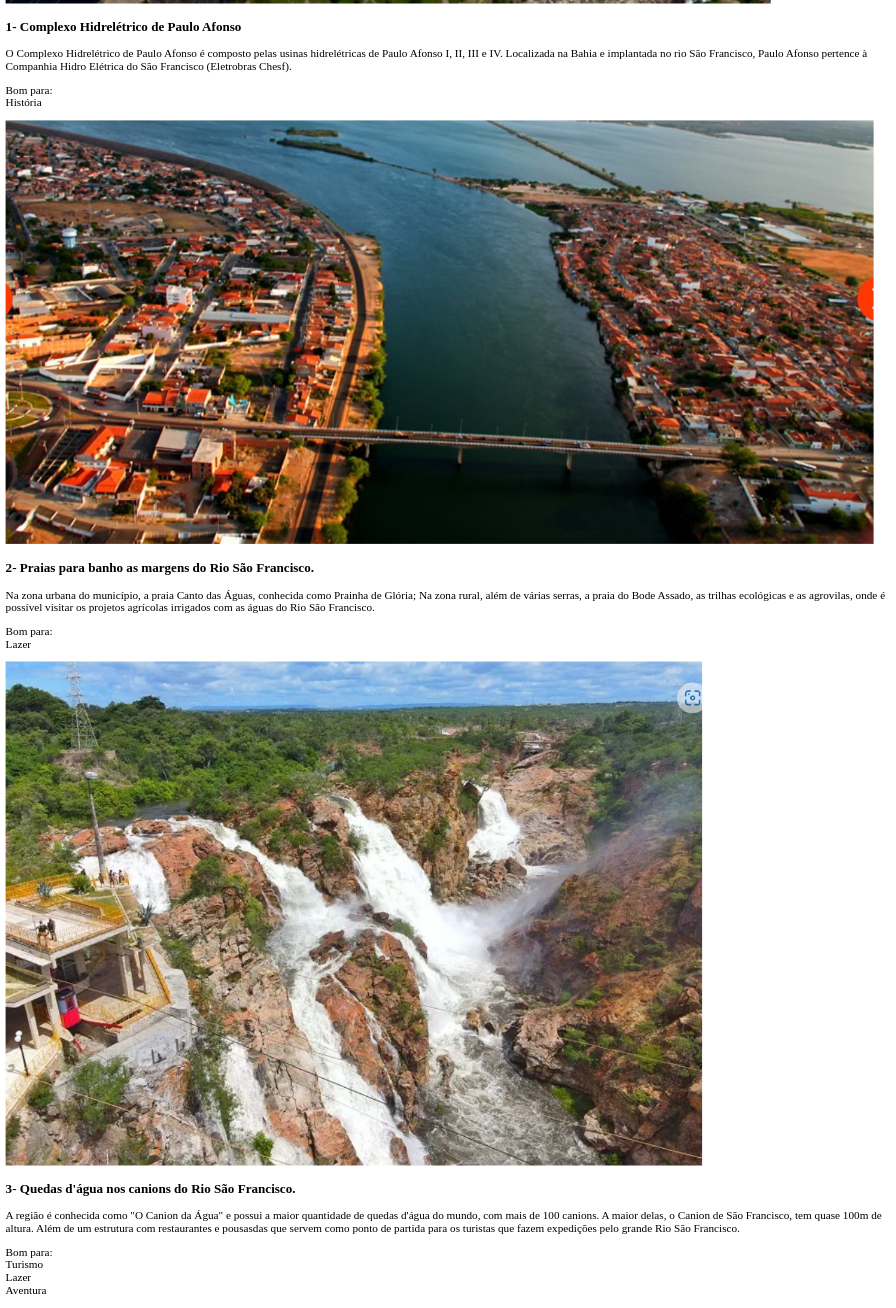
Repository: JeffRodFer/testeGitXGithub
Page: index.html
These files come from the project's save history. The page is drawn as it stood at one moment and after the next save; the edit follows.
The browser window is 1280 px wide. The pictures show the part of the page from y = 1810 to 3730 px (the page is 3678 px tall before and 3730 px after), at 70% of full size.

Above is the page before, as saved 2025-03-15 19:27:04.

After the next save:
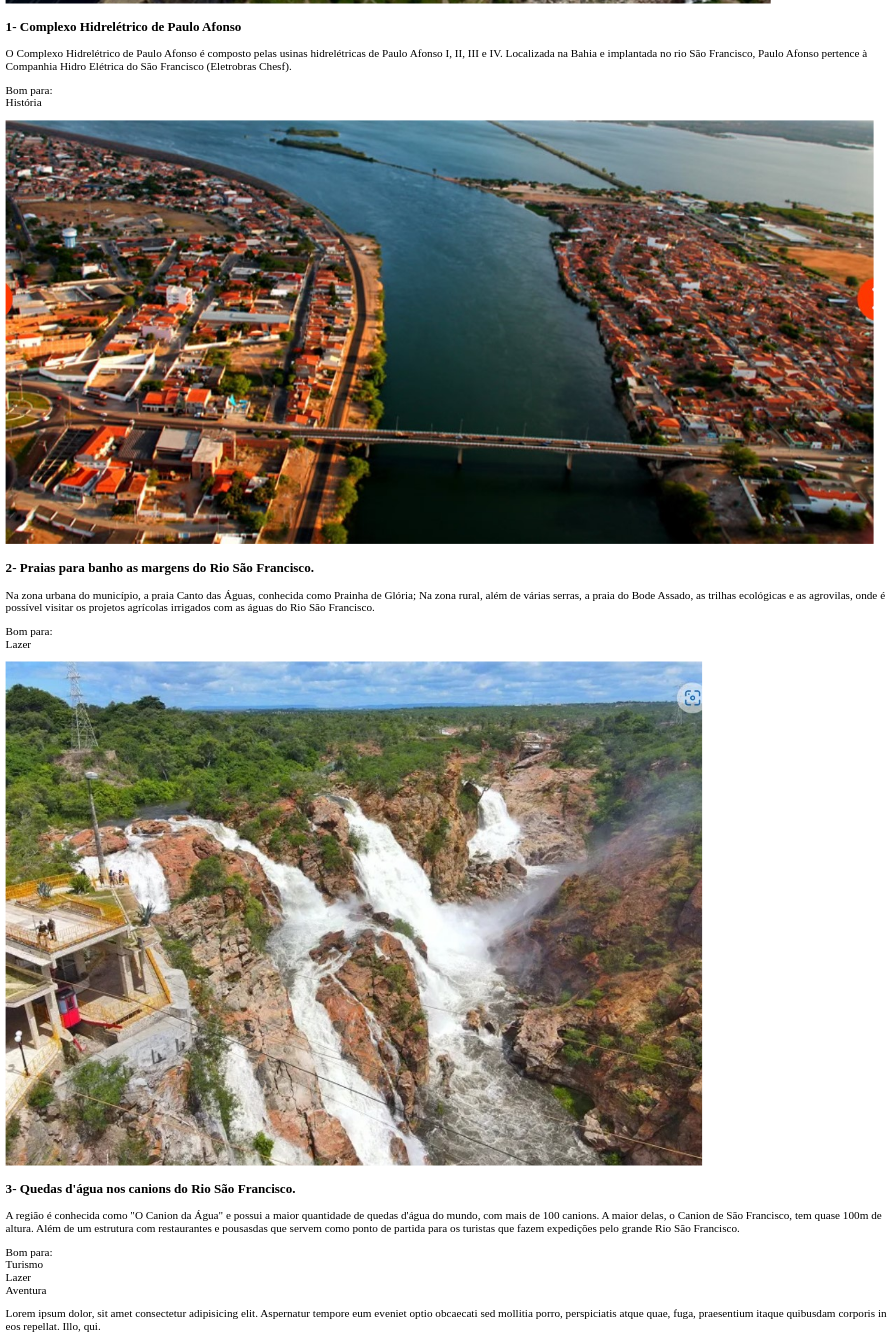
Saved 74 s later.
--- a/index.html
+++ b/index.html
@@ -48,6 +48,7 @@
                     Lazer <br>
                     Aventura</p>
             </section>
+            <p>Lorem ipsum dolor, sit amet consectetur adipisicing elit. Aspernatur tempore eum eveniet optio obcaecati sed mollitia porro, perspiciatis atque quae, fuga, praesentium itaque quibusdam corporis in eos repellat. Illo, qui.</p>
 
         </div>
     </main>
